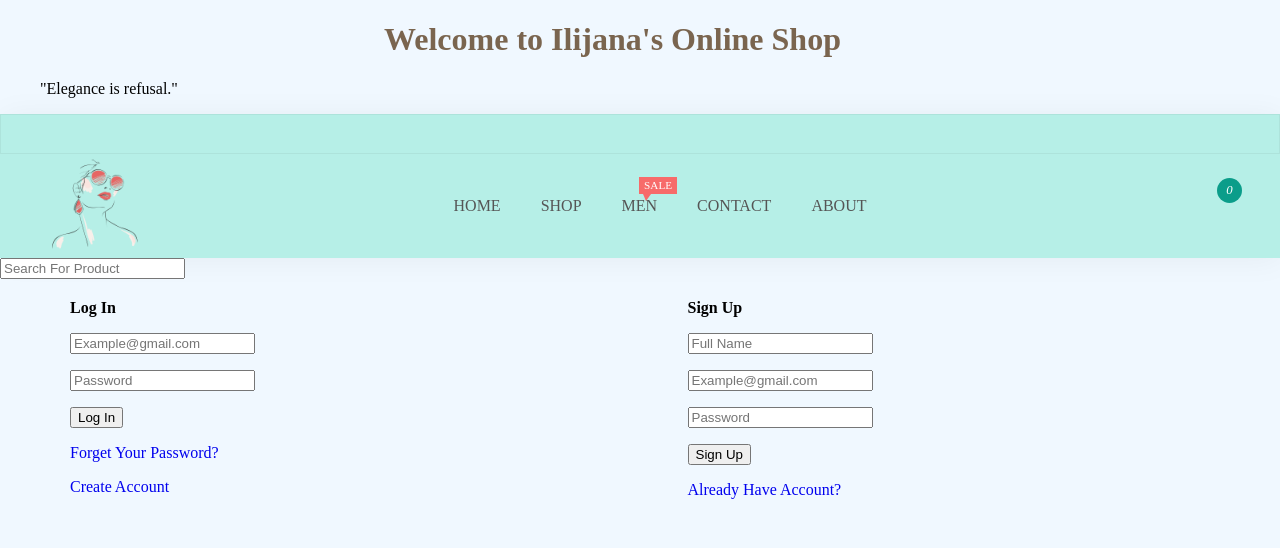
Repository: ilijana123/Proekt1
Page: html.html
An editor plug-in stored every save of this project. The page is shown before and after the next save, followed by the edit.
The browser window is 1280 px wide. The pictures show the part of the page from y = 0 to 548 px (the page is 4364 px tall before and 4450 px after).
Pictures or frames that could not be fetched are drawn as grey boxes. A picture or video elsewhere on the page could not be fetched, so the positions and the page height are approximate. The page's requests for data from a server got no answer.

Above is the page before, as saved 2023-11-13 03:29:59.
Console error: TypeError: Cannot read properties of null (reading 'appendChild')

After the next save:
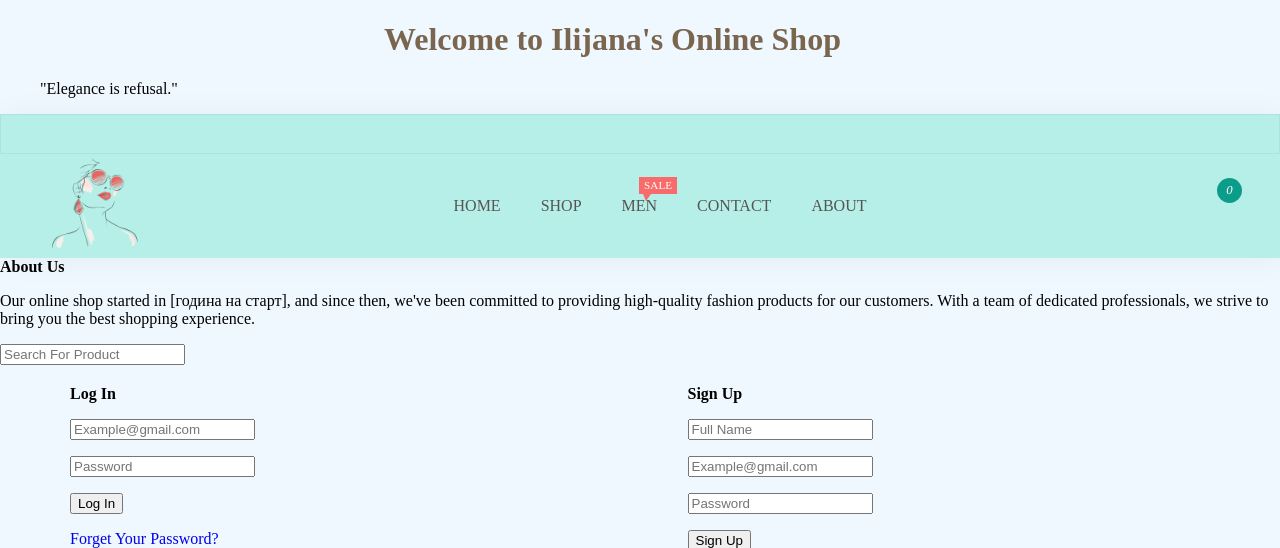
Saved 5 min 25 s later.
--- a/html.html
+++ b/html.html
@@ -52,6 +52,14 @@
      </div>
      </div>
  </nav>
+ <section class="about">
+    <div class="about-heading">
+        <strong>About Us</strong>
+    </div>
+    <div class="about-content">
+        <p>Our online shop started in [година на старт], and since then, we've been committed to providing high-quality fashion products for our customers. With a team of dedicated professionals, we strive to bring you the best shopping experience.</p>
+    </div>
+</section>
  <div class="search-bar">
     <div class="search-input">
     <input type="text" placeholder="Search For Product" name="search" />
